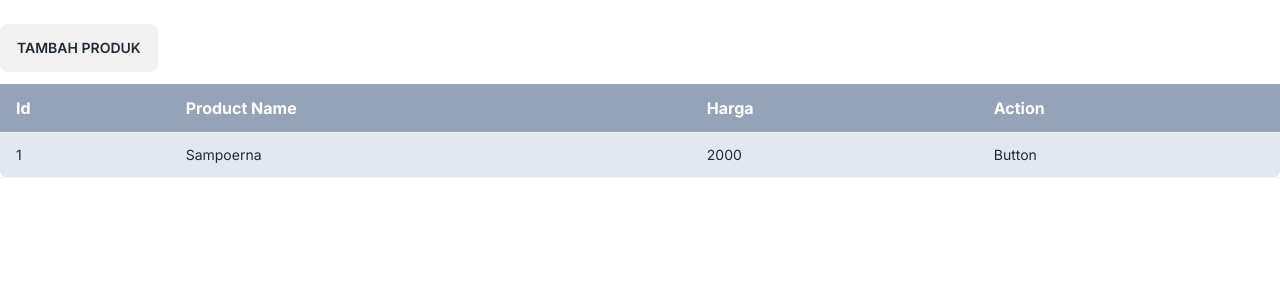
Repository: KilluaProject/Database-item
Page: /
These files come from the project's save history. The page is drawn as it stood at one moment and after the next save; the edit follows.
The browser window is 1280 px wide. The pictures show the whole page.
The project was rebuilt for these pictures with package versions that can differ from the ones it lists, and the page was loaded fresh each time. The framework's server and built-in components were replaced by stand-ins that run in the browser. Requests to the local data server were answered from the project's data file. Also part of the build but not shown: next.config.js.

Above is the page before, as saved 2023-07-08 16:20:13.

After the next save:
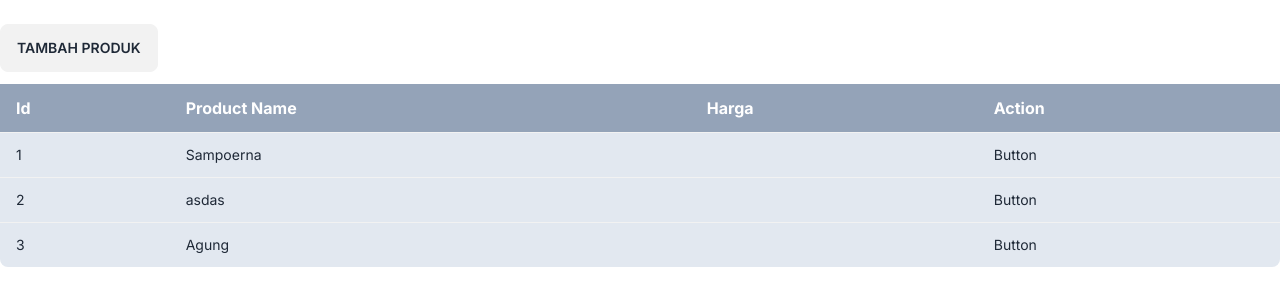
Saved 9 s later.
--- a/db.json
+++ b/db.json
@@ -1,11 +1,19 @@
 {
-    "products" : [
-
-        {
-           "id" : 1,
-           "title" : "Sampoerna",
-           "harga" : 2000
-
-        }
-    ]
+  "products": [
+    {
+      "id": 1,
+      "title": "Sampoerna",
+      "price": 2000
+    },
+    {
+      "title": "asdas",
+      "price": "200",
+      "id": 2
+    },
+    {
+      "title": "Agung",
+      "price": "400",
+      "id": 3
+    }
+  ]
 }
